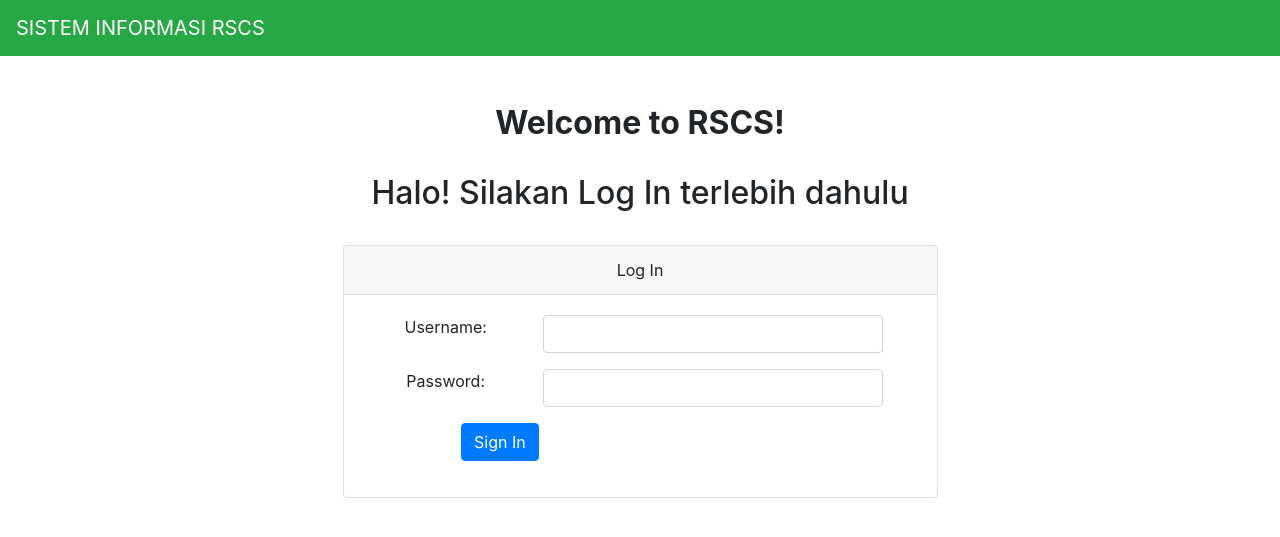
Repository: usamah1707/Tugas-Akhir-Kelompok-6
Page: http://localhost/login
The author's editor kept a copy of each file at every save. The page is drawn from the files as they stood at one save, then again after the next save.
The browser window is 1280 px wide. The pictures show the whole page.
The page is this project's Thymeleaf template; nobody is signed in. The template is opened directly, without the code that normally fills it, so the values that code supplies are empty.

Above is the page before, as saved 2019-06-04 07:40:05.

After the next save:
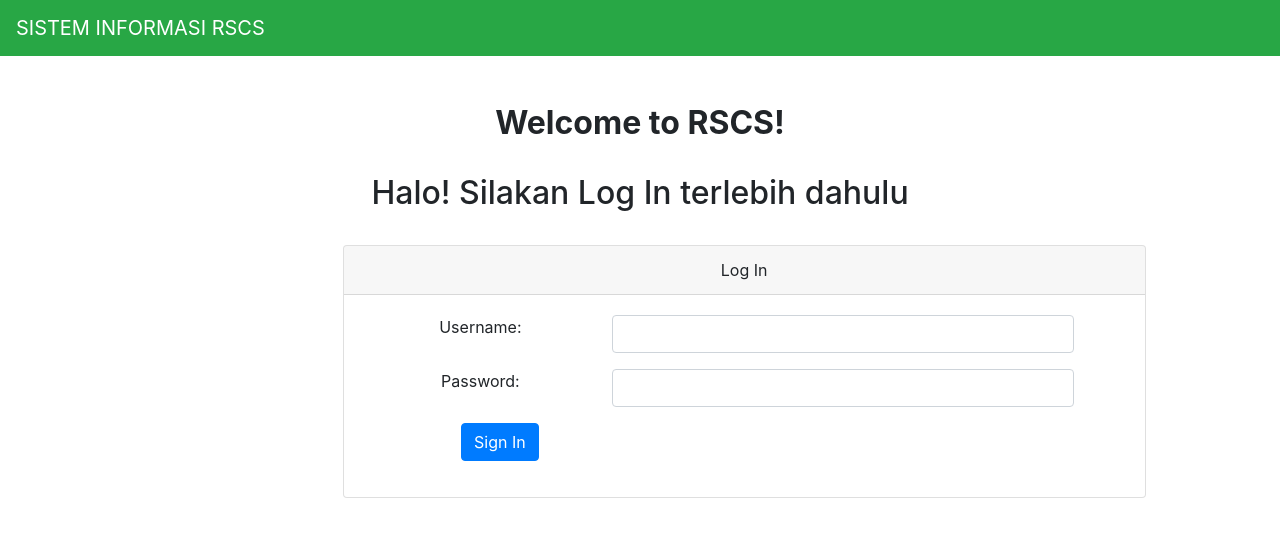
Saved 9 s later.
--- a/TA_6/src/main/resources/templates/login.html
+++ b/TA_6/src/main/resources/templates/login.html
@@ -29,7 +29,7 @@
 							<br>
 							<div class="row">
 								<span class="col-md-3"></span>
-								<div class="col-md-6">
+								<div class="col-md-8">
 
 									<div class="card">
 										<div class="card-header">Log In</div>
